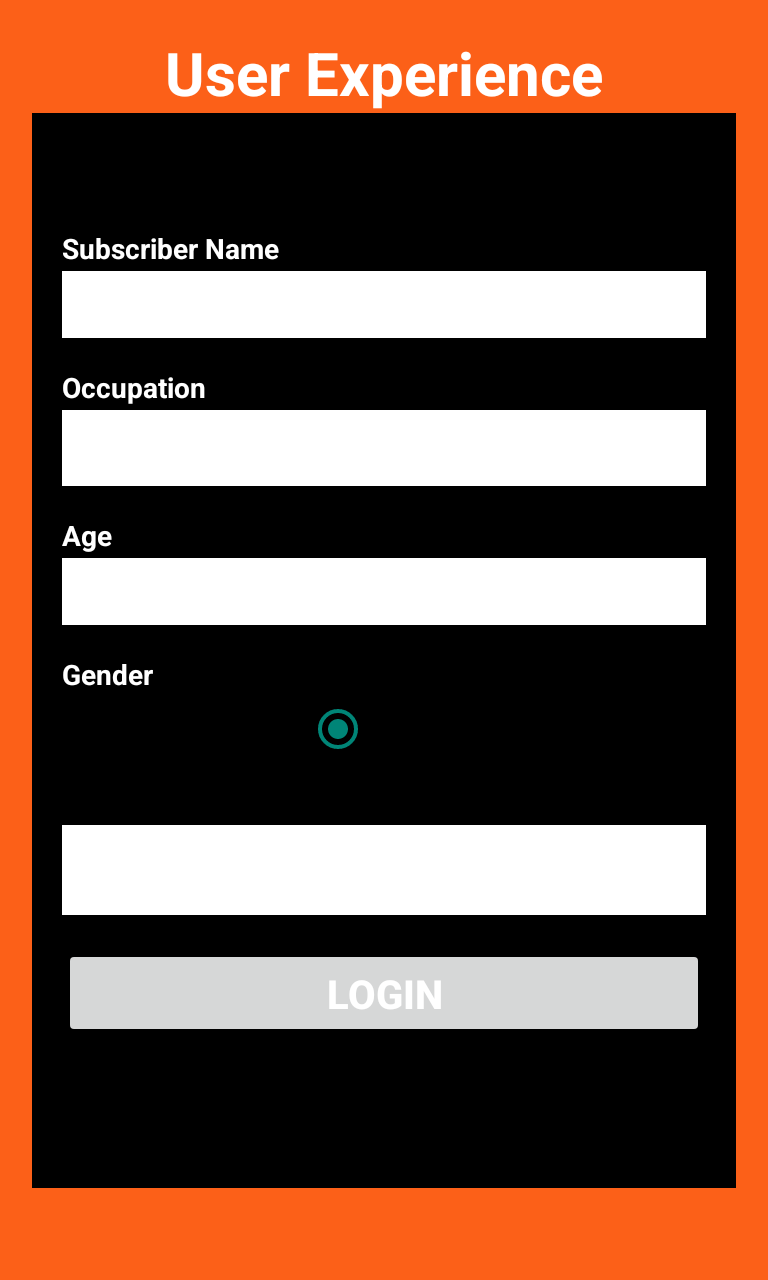
Repository: MushfiqurRahman/BLink3gApp
Layout: 3gExperience/res/layout/fragment_survey.xml
An editor plug-in stored every save of this project. The layout is shown before and after the next save, followed by the edit.
It is drawn on a 768 x 1280 px phone screen (xhdpi) without system bars, with theme AppTheme; the app's code is not run.

Above is the layout before, as saved 2014-05-20 18:06:39.

### 3gExperience/res/layout/fragment_survey.xml
<RelativeLayout xmlns:android="http://schemas.android.com/apk/res/android"
    xmlns:tools="http://schemas.android.com/tools"
    android:layout_width="match_parent"
    android:layout_height="match_parent"
    android:background="#FC6018"
    android:paddingBottom="@dimen/activity_vertical_margin"
    android:paddingLeft="@dimen/activity_horizontal_margin"
    android:paddingRight="@dimen/activity_horizontal_margin"
    android:paddingTop="@dimen/activity_vertical_margin"
    tools:context="com.example.gexperience.SurveyActivity$PlaceholderFragment" >

    <RelativeLayout
        android:id="@+id/topMain"
        android:layout_width="fill_parent"
        android:layout_height="wrap_content" >

        <TextView
            android:layout_width="wrap_content"
            android:layout_height="wrap_content"
            android:layout_centerInParent="true"
            android:layout_marginLeft="5dip"
            android:text="@string/survey_heading"
            android:textColor="#ffffff"
            android:textSize="30sp"
            android:textStyle="bold" />
    </RelativeLayout>

    <LinearLayout
        android:id="@+id/LinearBottom"
        android:layout_width="fill_parent"
        android:layout_height="30dp"
        android:layout_alignParentBottom="true"
        android:gravity="bottom"
        android:orientation="vertical" >
    </LinearLayout>

    <LinearLayout
        android:id="@+id/layout_survey_form"
        android:layout_width="fill_parent"
        android:layout_height="fill_parent"
        android:layout_above="@id/LinearBottom"
        android:layout_alignParentLeft="true"
        android:layout_below="@id/topMain"
        android:background="#000000"
        android:gravity="center"
        android:orientation="vertical"
        android:paddingLeft="15dp"
        android:paddingRight="15dp" >

        <LinearLayout
            android:layout_width="fill_parent"
            android:layout_height="wrap_content"
            android:layout_gravity="left" >

            <TextView
                android:id="@+id/textView3"
                android:layout_width="wrap_content"
                android:layout_height="wrap_content"
                android:layout_marginBottom="2dp"
                android:text="@string/sbcr_name"
                android:textColor="#FFFFFF"
                android:textStyle="bold" />
        </LinearLayout>

        <EditText
            android:id="@+id/edtName"
            android:layout_width="match_parent"
            android:layout_height="wrap_content"
            android:layout_marginBottom="15dp"
            android:background="#FFFFFF"
            android:ems="10"
            android:inputType="text"
            android:textSize="25sp" />

        <LinearLayout
            android:layout_width="fill_parent"
            android:layout_height="wrap_content"
            android:layout_gravity="left" >

            <TextView
                android:id="@+id/textView1"
                android:layout_width="wrap_content"
                android:layout_height="wrap_content"
                android:layout_marginBottom="2dp"
                android:text="@string/sbcr_occupation"
                android:textColor="#FFFFFF"
                android:textStyle="bold" />
        </LinearLayout>

        <Spinner
            android:id="@+id/spnOccupation"
            android:layout_width="match_parent"
            android:layout_height="38dp"
            android:layout_marginBottom="15dp"
            android:background="#FFFFFF"
            android:drawSelectorOnTop="true"
            android:padding="5dp"
            android:spinnerMode="dropdown"
            android:textSize="30sp" />

        <LinearLayout
            android:layout_width="fill_parent"
            android:layout_height="wrap_content"
            android:layout_gravity="left" >

            <TextView
                android:id="@+id/textView2"
                android:layout_width="wrap_content"
                android:layout_height="wrap_content"
                android:layout_marginBottom="2dp"
                android:text="@string/sbcr_age"
                android:textColor="#FFFFFF"
                android:textStyle="bold" />
        </LinearLayout>

        <EditText
            android:id="@+id/edtAge"
            android:layout_width="match_parent"
            android:layout_height="wrap_content"
            android:layout_marginBottom="15dp"
            android:background="#FFFFFF"
            android:ems="10"
            android:inputType="number"
            android:textSize="25sp" />


                                    <LinearLayout
            android:layout_width="fill_parent"
            android:layout_height="wrap_content"
            android:layout_gravity="left" >

            <TextView
                android:id="@+id/tvGender"
                android:layout_width="wrap_content"
                android:layout_height="wrap_content"
                android:layout_marginBottom="2dp"
                android:text="@string/sbcr_gender"
                android:textColor="#FFFFFF"
                android:textStyle="bold" />
        </LinearLayout>
                <RadioGroup
            android:id="@+id/rdoGender"
            android:layout_width="wrap_content"
            android:layout_height="wrap_content" >


            <RadioButton
                android:id="@+id/radio0"
                android:layout_width="wrap_content"
                android:layout_height="wrap_content"
                android:checked="true"
                android:text="Male" />

            <RadioButton
                android:id="@+id/radio1"
                android:layout_width="wrap_content"
                android:layout_height="wrap_content"
                android:text="Female" />
        </RadioGroup>



        <Spinner
            android:id="@+id/spnCompany"
            android:layout_width="match_parent"
            android:layout_height="45dp"
            android:layout_marginBottom="15dp"
            android:background="#FFFFFF"
            android:padding="5dp"
            android:spinnerMode="dropdown"
            android:textSize="30sp" />

        <Button
            android:id="@+id/btnLogin"
            android:layout_width="match_parent"
            android:layout_height="wrap_content"
            android:layout_marginBottom="15dp"
            android:text="@string/login"
            android:textColor="#FFFFFF"
            android:textSize="20sp"
            android:textStyle="bold" />
    </LinearLayout>

</RelativeLayout>

### 3gExperience/res/values/strings.xml
<?xml version="1.0" encoding="utf-8"?>
<resources>

    <string name="app_name">3gExperience</string>
    <string name="hello_world">Hello world!</string>
    <string name="action_settings">Settings</string>
    <string name="title_activity_login">LoginActivity</string>
    <string name="title_activity_survey">SurveyActivity</string>
    <string name="bp_code">BP Code</string>
    <string name="area">Area</string>
    <string name="location">Location</string>
    <string name="login">Login</string>
    <string name="survey_heading">User Experience</string>
    <string name="sbcr_name">Subscriber Name</string>
    <string name="sbcr_occupation">Occupation</string>
    <string name="sbcr_age">Age</string>
    <string name="sbcr_gender">Gender</string>
    <string name="sbcr_mobile">Mobile Number</string>
    <string name="sbcr_3g">Using 3G Pack</string>
    <string name="sbcr_package_type">Select Package</string>
    <string name="sbcr_mobile_brand">Mobile Brand</string>
</resources>

Loaded but not shown: 3gExperience/res/values/styles.xml (common file); 3gExperience/res/values-v11/styles.xml (common file); 3gExperience/res/values-v14/styles.xml (common file); 3gExperience/res/values/dimens.xml (common file); 3gExperience/res/values-w820dp/dimens.xml (common file)

After the next save:
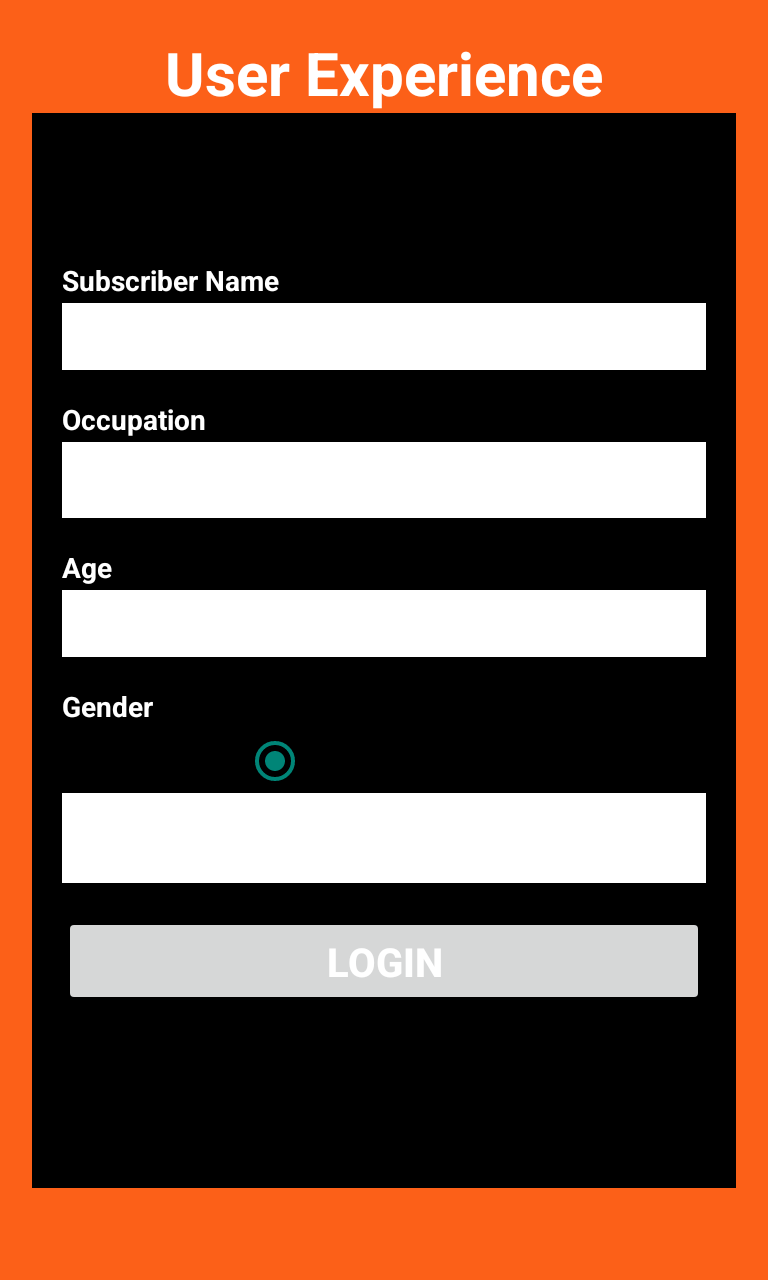
Saved 66 s later.
--- a/3gExperience/res/layout/fragment_survey.xml
+++ b/3gExperience/res/layout/fragment_survey.xml
@@ -138,11 +138,12 @@
                 android:textColor="#FFFFFF"
                 android:textStyle="bold" />
         </LinearLayout>
+
                 <RadioGroup
-            android:id="@+id/rdoGender"
-            android:layout_width="wrap_content"
-            android:layout_height="wrap_content" >
-
+                    android:id="@+id/rdoGender"
+                    android:layout_width="wrap_content"
+                    android:layout_height="wrap_content"
+                    android:orientation="horizontal" >
 
             <RadioButton
                 android:id="@+id/radio0"
